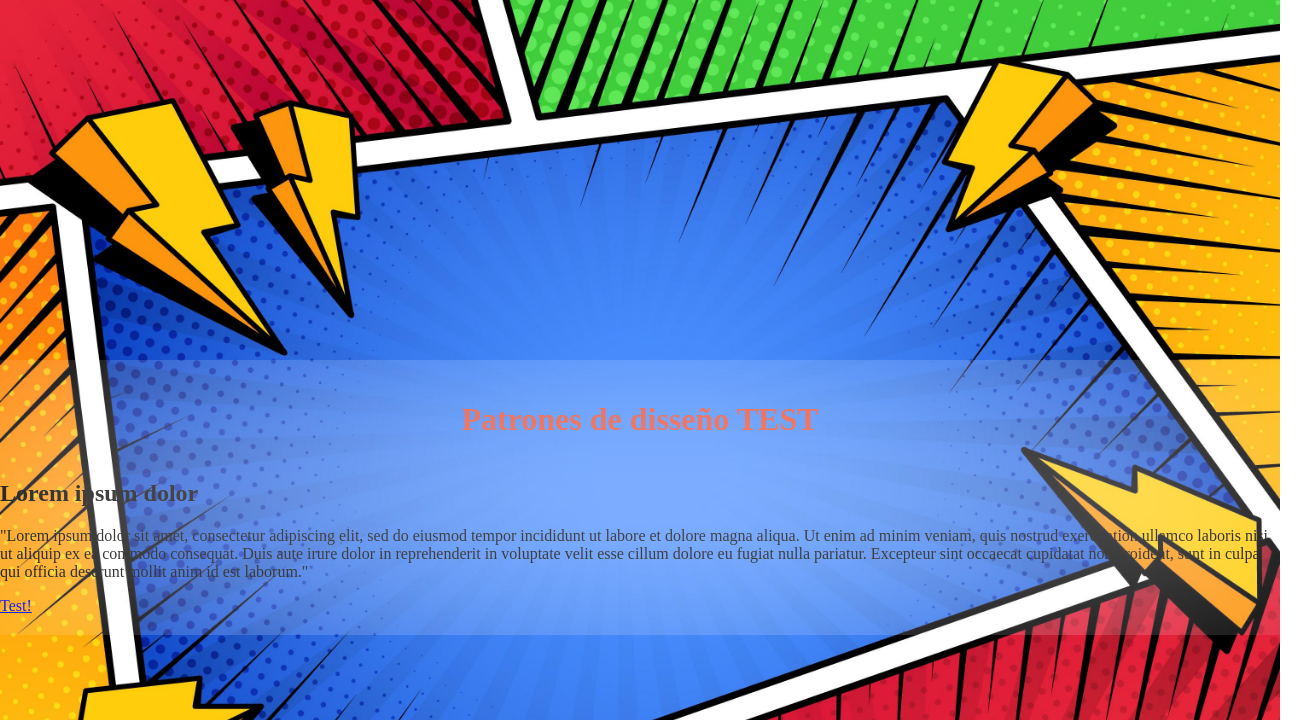
Repository: nrsWebs/design-pattern-es
Page: test.html
The author's editor kept a copy of each file at every save. The page is drawn from the files as they stood at one save, then again after a run of saves.
The browser window is 1280 px wide. The page is 1300 px wide, so the pictures cover 1300 px, including what lies to the right of the window. The pictures show the whole page.

Above is the page before, as saved 2021-02-06 19:16:34.

After the next 2 saves:
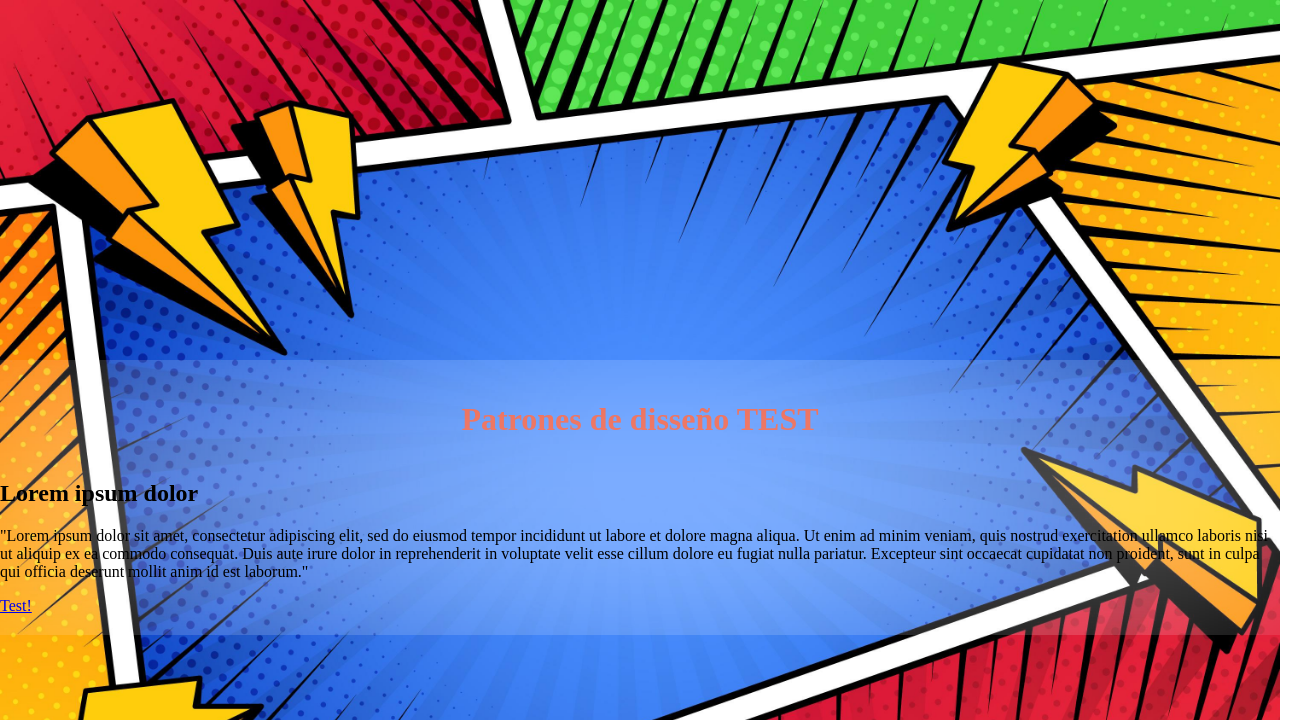
The 2 saves are shown as one change because they came seconds apart.
The last was saved 31 s later.
--- a/source/main.css
+++ b/source/main.css
@@ -39,6 +39,9 @@ h1{
     overflow: hidden;
     border-radius: 10px;
 }
+.box .information{
+    z-index: 99;
+}
 /* GLASS EFFECT */
 .glass{
     background: inherit;
